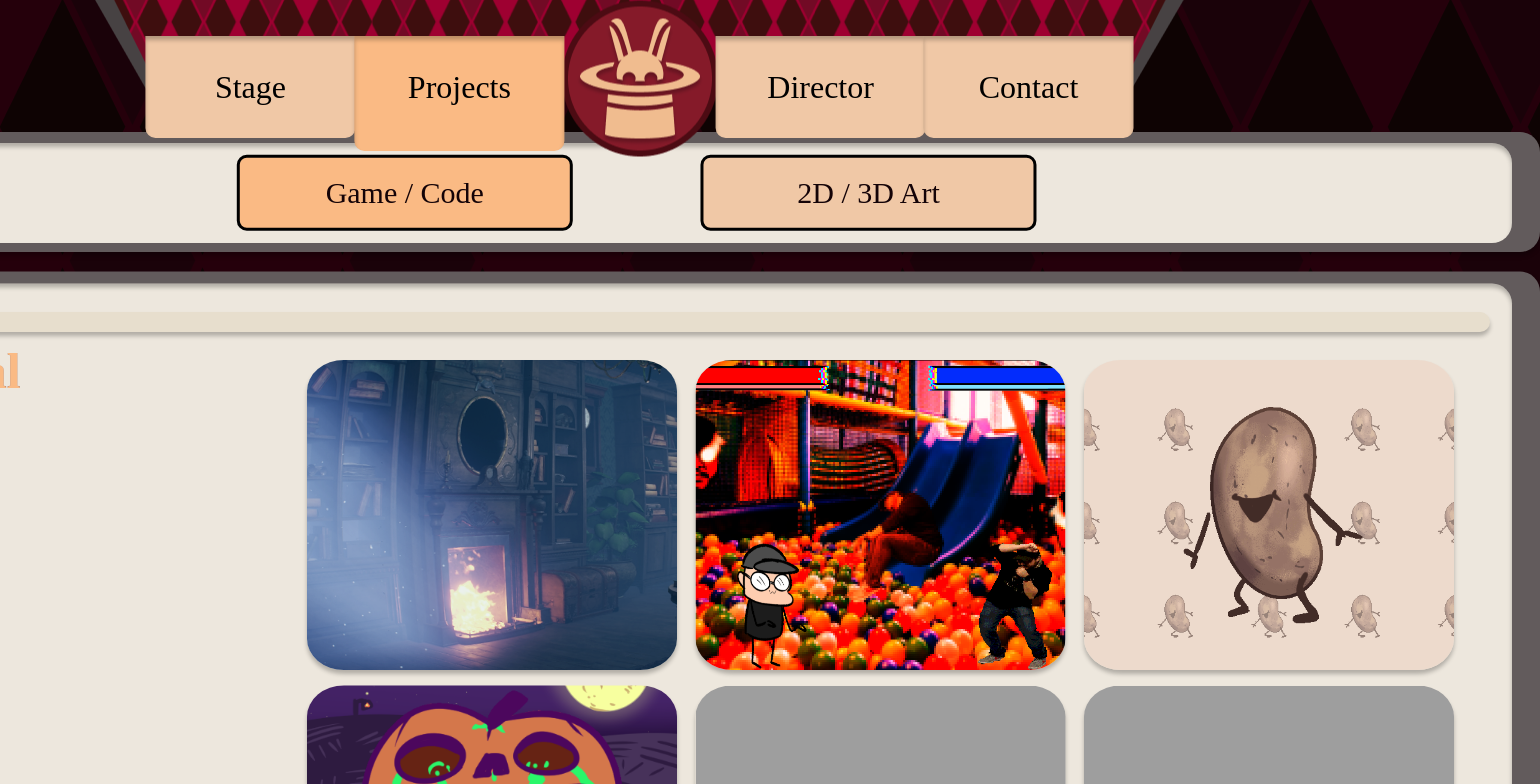
Repository: EMP-ChristinaC/Portfolio
Page: main-project-page/projects.html
The author's editor kept a copy of each file at every save. The page is drawn from the files as they stood at one save, then again after the next save.
The browser window is 1280 px wide. The page is 1540 px wide, then 1280 px, so the pictures cover 1540 px, including what lies to the right of the window. The pictures show the part of the page from y = 0 to 784 px (the page is 2161 px tall).
Pictures or frames that could not be fetched are drawn as grey boxes. Some web fonts or font styles are not loaded; a fallback is used.

Above is the page before, as saved 2024-12-18 16:25:07.

After the next save:
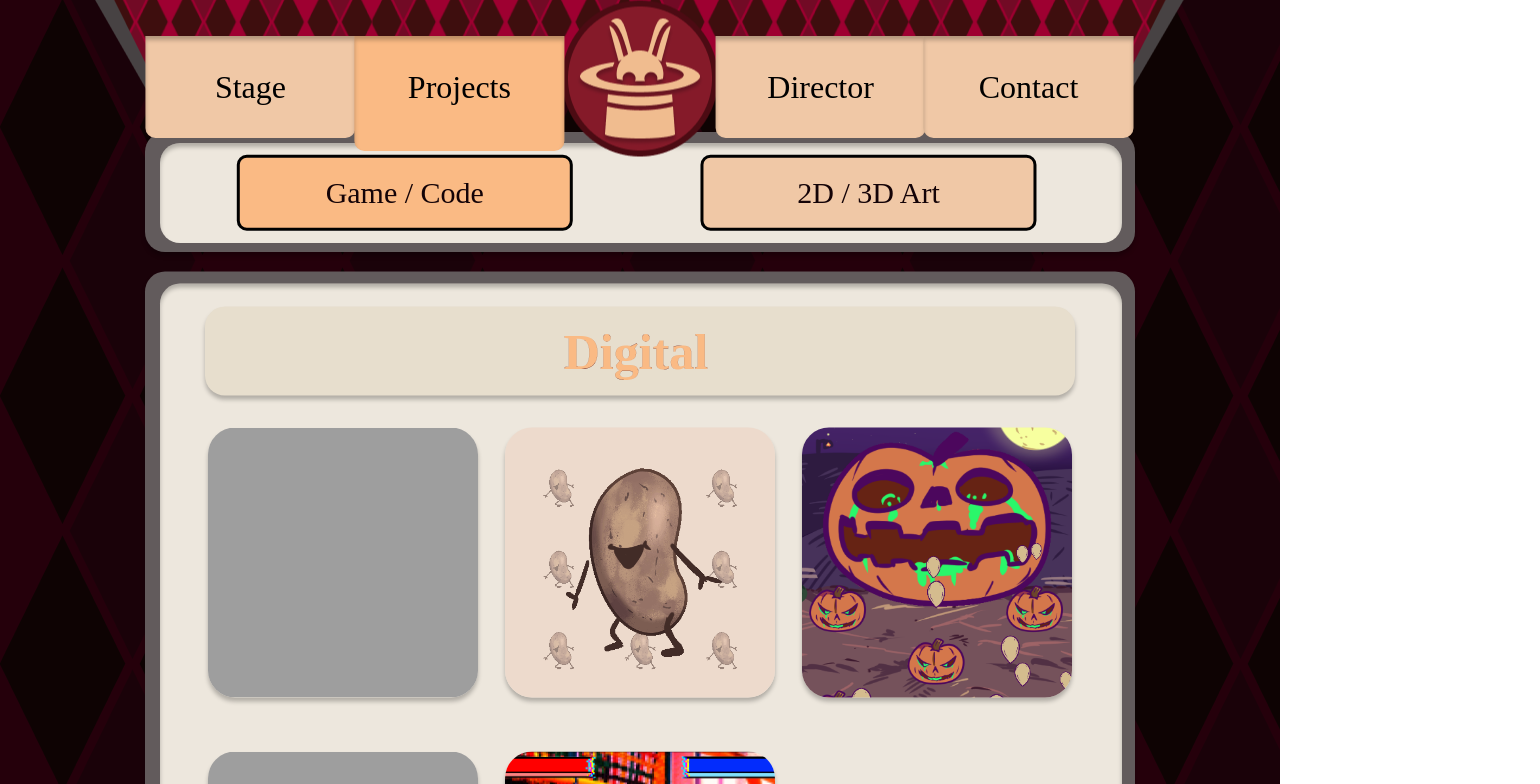
Saved 27 min 24 s later.
--- a/main-project-page/projects-style.css
+++ b/main-project-page/projects-style.css
@@ -2,7 +2,7 @@
 /*///////////////////////////////// Box Outline ////////////////////////////*/
 .box-outline-outside-projects,
 .box-outline-outside-projects-two {
-    width: 1800px;
+    width: 990px;
     height: 804px;
     background: rgba(98, 91, 92);
     box-shadow: 0px 4px 4px rgba(0, 0, 0, 0.25);
@@ -24,7 +24,7 @@
 }
 
 .box-outline-outside-projects-sub-nav {
-    width: 1800px;
+    width: 990px;
     height: 120px;
     background: rgba(98, 91, 92);
     box-shadow: 0px 4px 4px rgba(0, 0, 0, 0.25);
@@ -40,7 +40,7 @@
 
 
 .box-outline-inside-projects {
-    width: 1745px;
+    width: 962px;
     height: 780px;
     background: #EDE7DD;
     box-shadow: 0px 4px 4px rgba(0, 0, 0, 0.25) inset;
@@ -52,7 +52,7 @@
 }
 
 .box-outline-inside-projects-two {
-    width: 1745px;
+    width: 962px;
     height: 780px;
     background: #EDE7DD;
     box-shadow: 0px 4px 4px rgba(0, 0, 0, 0.25) inset;
@@ -64,7 +64,7 @@
 }
 
 .box-outline-inside-projects-sub-nav {
-    width: 1745px;
+    width: 962px;
     height: 100px;
     background: #EDE7DD;
     box-shadow: 0px 4px 4px rgba(0, 0, 0, 0.25) inset;
@@ -79,8 +79,8 @@
 
 .box-outline-heading-wel-project,
 .box-outline-heading-wel-project-two {
-    width: 1700px;
-    height: 20px;
+    width: 870px;
+    height: 89px;
     background: #E7DECD;
     box-shadow: 0px 4px 4px rgba(0, 0, 0, 0.25);
     border-radius: 20px;
@@ -91,14 +91,14 @@
 
 .box-outline-heading-wel-project {
     position: absolute;
-    top: 45%;
+    top: 50%;
     left: 50%;
     transform: translate(-50%, -60%);
 }
 
 .box-outline-heading-wel-project-two {
     position: absolute;
-    top: 117%;
+    top: 50%;
     left: 50%;
     transform: translate(-50%, 895%);
 }
@@ -185,14 +185,14 @@
 .heading-intro-project {
     position: absolute;
     top: -20%;
-    left: -15%;
+    left: 2%;
     /* transform: translate(-50%, -320%); */
 }
 
 .heading-intro-project-two {
     position: absolute;
     top: -20%;
-    left: -14%;
+    left: 2%;
     /* transform: translate(-50%, -320%); */
 }
 
@@ -345,32 +345,32 @@ footer.section p {
 /*///////////////////////////////// Animation ////////////////////////////*/
 
 .image-container {
-    transform: translate(-90%, 277%);
+    transform: translate(-160%, 340%);
 }
 
 .image-container-two {
-    transform: translate(120%, 0%);
+    transform: translate(-50%, 25%);
 }
 
 .image-container-three {
-    transform: translate(120%, 105%);
+    transform: translate(-160%, 145%);
 }
 
 
 .image-container-four {
-    transform: translate(-90%, 105%);
+    transform: translate(60%, 25%);
 }
 
 .image-container-five {
-    transform: translate(15%, 0%);
+    transform: translate(-50%, 145%);
 }
 
 .image-container-six {
-    transform: translate(-90%, 0%);
+    transform: translate(-50%, 340%);
 }
 
 .image-container-seven {
-    transform: translate(15%, 105%);
+    transform: translate(-160%, 25%);
 }
 
 .image-container,
@@ -383,8 +383,8 @@ footer.section p {
     top: 50%;
     left: 50%;
     position: absolute;
-    width: 370px;
-    height: 310px;
+    width: 270px;
+    height: 270px;
     border-radius: 10%;
     overflow: hidden;
     box-shadow: 0px 4px 4px rgba(0, 0, 0, 0.25);
